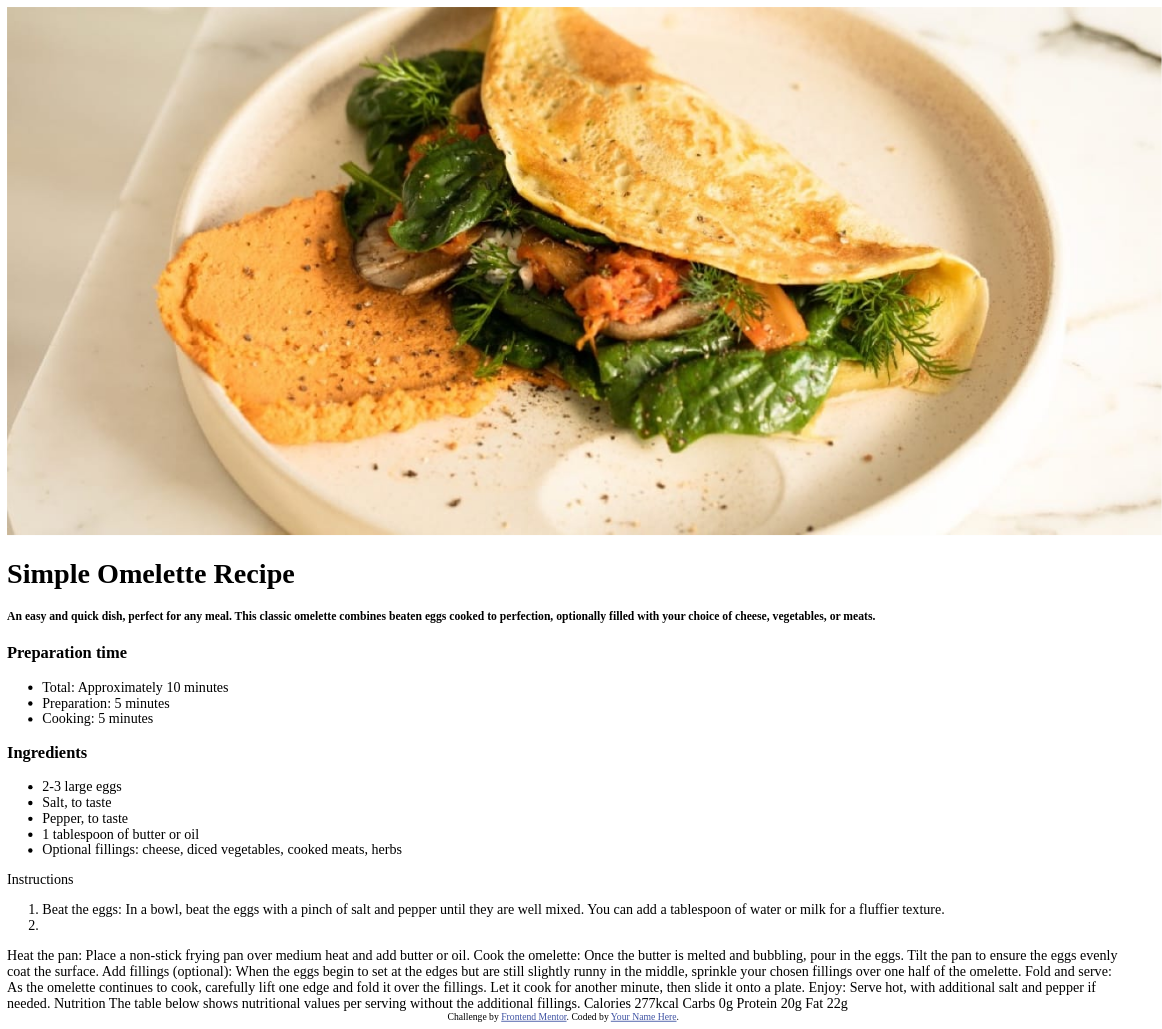
Repository: sodmaq/recipe-page-
Page: index.html
An editor plug-in stored every save of this project. The page is shown before and after the next save, followed by the edit.
The browser window is 1280 px wide. The page is 1320 px wide, so the pictures cover 1320 px, including what lies to the right of the window. The pictures show the whole page, at 88% of full size.

Above is the page before, as saved 2024-09-07 12:32:14.

After the next save:
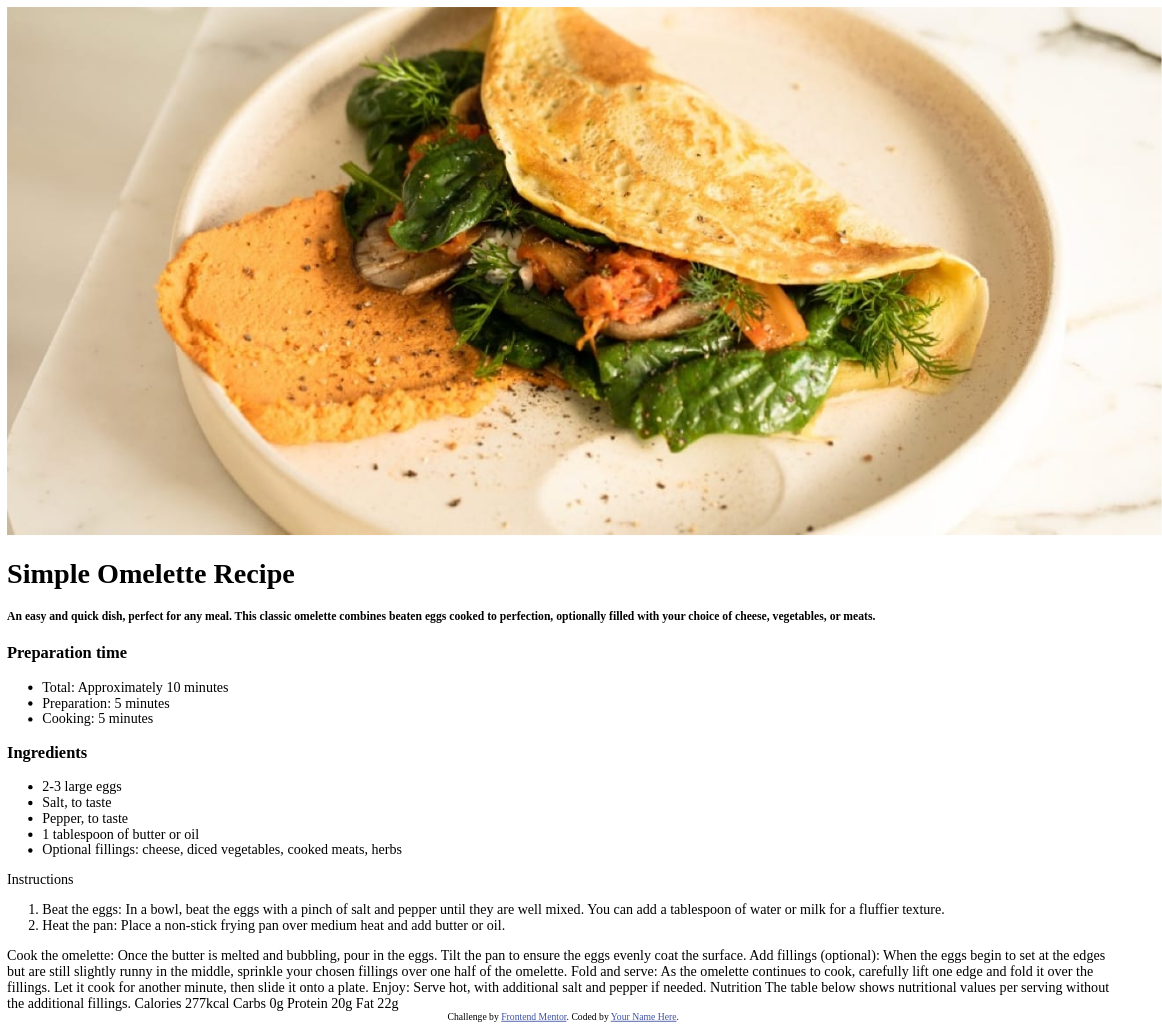
Saved 15 s later.
--- a/index.html
+++ b/index.html
@@ -56,20 +56,22 @@
         until they are well mixed. You can add a tablespoon of water or milk for
         a fluffier texture.
       </li>
-      <li></li>
+      <li>
+        Heat the pan: Place a non-stick frying pan over medium heat and add
+        butter or oil.
+      </li>
     </ol>
 
-    Heat the pan: Place a non-stick frying pan over medium heat and add butter
-    or oil. Cook the omelette: Once the butter is melted and bubbling, pour in
-    the eggs. Tilt the pan to ensure the eggs evenly coat the surface. Add
-    fillings (optional): When the eggs begin to set at the edges but are still
-    slightly runny in the middle, sprinkle your chosen fillings over one half of
-    the omelette. Fold and serve: As the omelette continues to cook, carefully
-    lift one edge and fold it over the fillings. Let it cook for another minute,
-    then slide it onto a plate. Enjoy: Serve hot, with additional salt and
-    pepper if needed. Nutrition The table below shows nutritional values per
-    serving without the additional fillings. Calories 277kcal Carbs 0g Protein
-    20g Fat 22g
+    Cook the omelette: Once the butter is melted and bubbling, pour in the eggs.
+    Tilt the pan to ensure the eggs evenly coat the surface. Add fillings
+    (optional): When the eggs begin to set at the edges but are still slightly
+    runny in the middle, sprinkle your chosen fillings over one half of the
+    omelette. Fold and serve: As the omelette continues to cook, carefully lift
+    one edge and fold it over the fillings. Let it cook for another minute, then
+    slide it onto a plate. Enjoy: Serve hot, with additional salt and pepper if
+    needed. Nutrition The table below shows nutritional values per serving
+    without the additional fillings. Calories 277kcal Carbs 0g Protein 20g Fat
+    22g
 
     <div class="attribution">
       Challenge by
